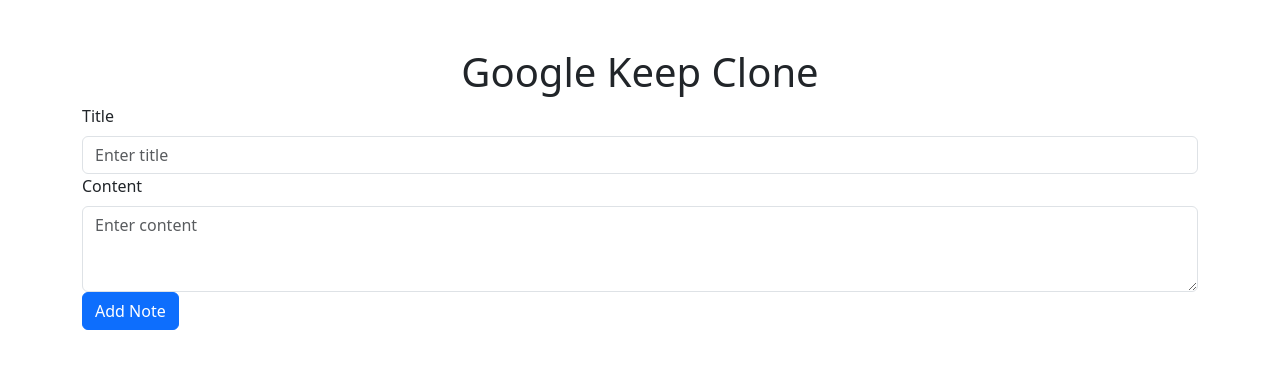
Repository: maikel-mattiu/google-note-app
Page: /
An editor plug-in stored every save of this project. The page is shown before and after the next save, followed by the edit.
The browser window is 1280 px wide. The pictures show the whole page.
The project was rebuilt for these pictures with package versions that can differ from the ones it lists, and the page was loaded fresh each time. Also part of the build but not shown: vite.config.js, src/Note.jsx.

Above is the page before, as saved 2024-06-29 17:11:38.

After the next save:
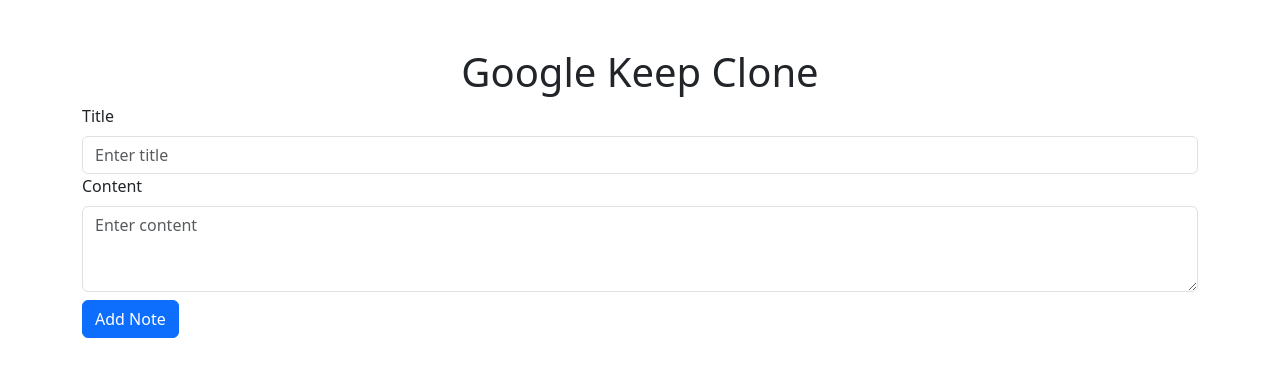
Saved 22 min 4 s later.
--- a/src/AddNote.jsx
+++ b/src/AddNote.jsx
@@ -43,6 +43,7 @@
 			<Button
 				variant="primary"
 				type="submit"
+				className="mt-2"
 			>
 				Add Note
 			</Button>
